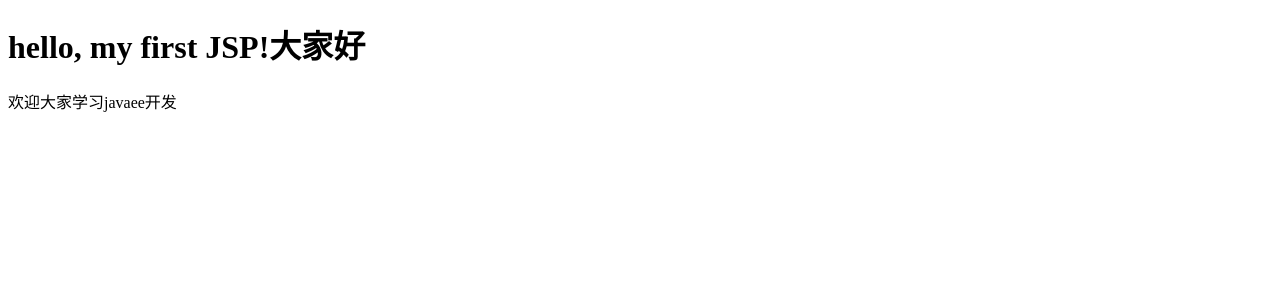
Repository: Zendq1998/jdbc
Page: http://localhost/web04/
The author's editor kept a copy of each file at every save. The page is drawn from the files as they stood at one save, then again after the next save.
The browser window is 1280 px wide. The pictures show the whole page.
The page is served by Tomcat 9. Nobody is signed in. The application's start-up code is not run. Other server files are loaded and not shown.

Above is the page before, as saved 2018-04-19 08:49:19.

### web04/WebContent/index.jsp
<%@ page language="java" contentType="text/html; charset=UTF-8"
    pageEncoding="UTF-8"%>
<!DOCTYPE html PUBLIC "-//W3C//DTD HTML 4.01 Transitional//EN" "http://www.w3.org/TR/html4/loose.dtd">
<html>
<head>
<meta http-equiv="Content-Type" content="text/html; charset=UTF-8">
<title>Insert title here</title>
</head>
<body>
	<h1>hello, my first JSP!大家好</h1>
	<%!
		String s = "张三";
		int add(int x,int y) {
			return x+y;
		}
	%>
	<%
		out.println("欢迎大家学习javaee开发");
	%>

</body>
</html>

After the next save:
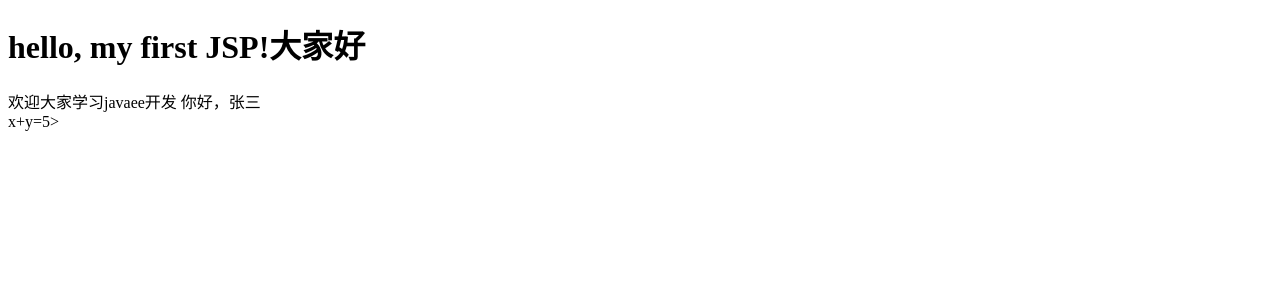
Saved 62 s later.
--- a/web04/WebContent/index.jsp
+++ b/web04/WebContent/index.jsp
@@ -17,6 +17,7 @@
 	<%
 		out.println("欢迎大家学习javaee开发");
 	%>
-
+	你好，<%=s %><br>
+	x+y=<%=add(2,3) %>>
 </body>
 </html>
